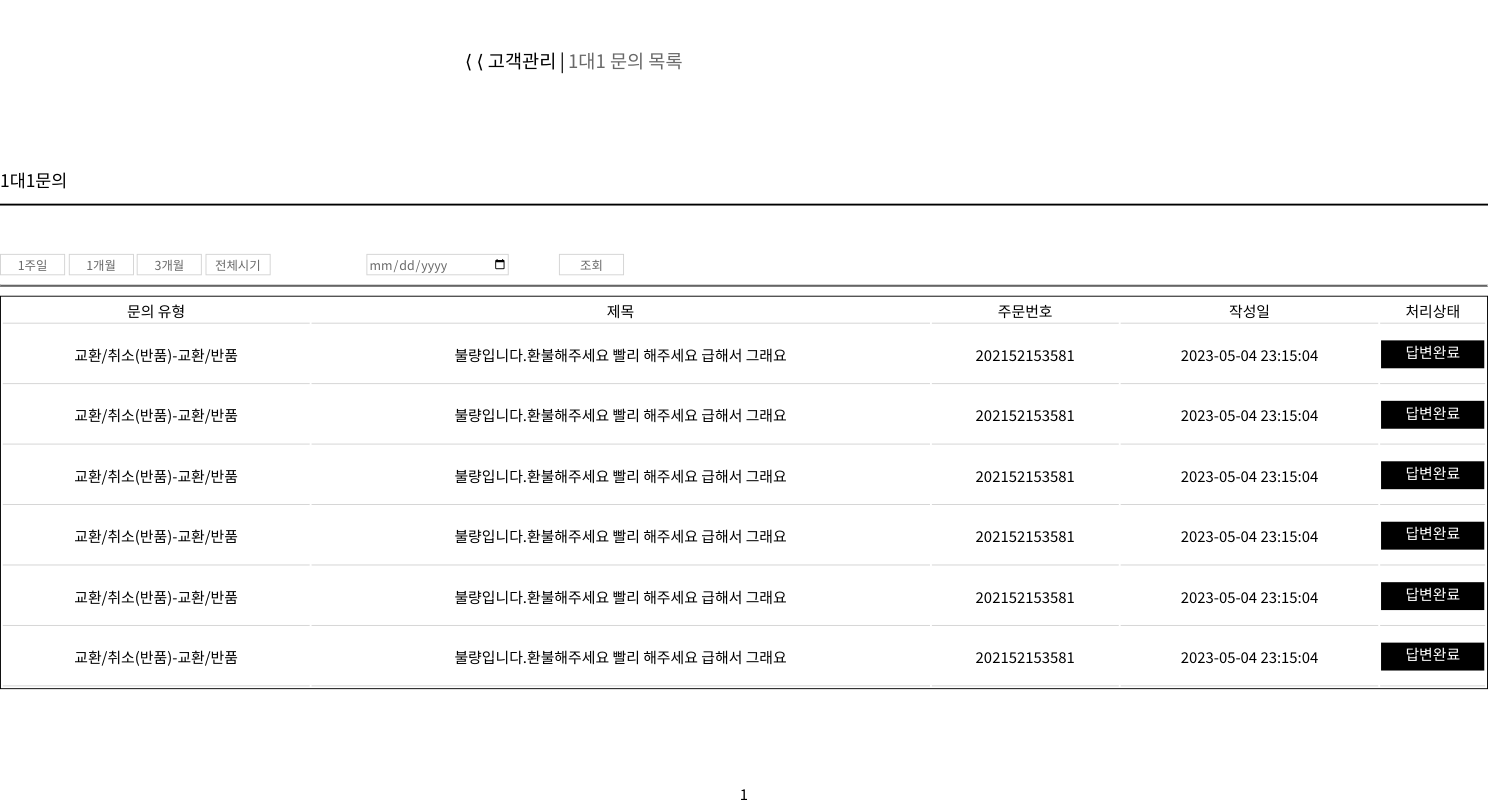
Repository: mcw9503/PassionForFashion
Page: Semi_Project/src/main/webapp/WEB-INF/QnaPage2.html
These files come from the project's save history. The page is drawn as it stood at one moment and after the next save; the edit follows.
The browser window is 1280 px wide. The page is 1600 px wide, so the pictures cover 1600 px, including what lies to the right of the window. The pictures show the whole page, at 93% of full size.

Above is the page before, as saved 2023-05-08 13:31:24.

### Semi_Project/src/main/webapp/WEB-INF/QnaPage2.html
<!DOCTYPE html>
<html>
<head>
<meta charset="UTF-8">
<title>Insert title here</title>
<link href="https://fonts.googleapis.com/earlyaccess/notosanskr.css"
	rel="stylesheet">
</head>

<style>

* {
	outline: none;
	margin: 0;
	font-family: 'Noto Sans KR', sans-serif;
	font-weight: 200;
}

input[id*="answer"] {
	display: none;
}

input[id*="answer"] + label {
	display:block;
	padding:20px;
	border:1px solid black;
	border-top:2px solid black;
	border-bottom: 1px solid lightgray;
	color:black;
	font-weight:200;
	background: white;
	position: relative;
}


input[id*="answer"] + label h3 {
	position: absolute;
	top: 50%;
	right:10px;
	width:80px;
	height:30px;
	margin-top: -15px;
	border-top: none:
	background: white;
	font-weight: 200;
}

input[id*="answer"] + label span {
	position: absolute;
	top: 30%;
	right:200px;
}



input[id*="answer"] + label + div {
	max-height: 0;
	transition: all .35s;
	overflow: hidden;
	background: white;
	font-size: 11px;
	border-left: 1px solid lightgray;
	border-right: 1px solid lightgray;
}

input[id*="answer"] + label + div:last-child{
	border-bottom : 1px solid black;
}

input[id*="answer"] + label + div p {
	display:inline-block;
	padding:20px;
}

input[id*="answer"]:checked + label + div {
	max-height: 500px;
}
.qnaCategoy {
font-weight: 500;
}
hr{
border-bottom: 1px solid black;
}
div button {
	color: dimgray;
	background:white;
	border: 1px solid lightgray;
	margin-bottom: 10px;
	width: 70px;
}

div button:active{
	color: black;
	background:white;
	border: 0.5px solid black;
}

div form input {
	color: dimgray;
	background:white;
	border: 1px solid lightgray;
	margin-bottom: 10px;
	width: 70px;
}

div form input:active {
	color: black;
	background:white;
	border: 0.5px solid black;
}

thead th {
 text-align: center;
 justify-content: space-between;
 border-bottom: 1px solid lightgray;
}

tbody td {
 text-align: center;
 justify-content: space-between;
 height: 60px;
 border-bottom: 1px solid lightgray;
}

tbody td:first-child{
 font-weight: 400;
}

tbody td span:last-child {
border: none;
}


tbody td span {
	display: inline-block;
	width: 100%;
	height: 30px;
	color:white;
	background: black;
}

table {
	width: 100%;
	text-align: center;
	border: 1px solid black;
}





</style>
<body>
	<div style="display:inline-block; margin-left: 500px; margin-bottom: 100px; margin-top: 50px; font-size: 20px;">&lang; &lang; 고객관리 </div>
	<span style="font-size: 20px;">|</span>
	 <span style="color:dimgray;font-size: 20px;">  1대1 문의 목록</span>

	<div class="qnaWrap" style="width: 1600px; margin: auto;" >

		<h3 style="font-weight: 400; margin-bottom: 30px; border-bottom: 2px solid black; height: 40px;"> 1대1문의</h3>
		<div style="margin-top: 50px;">
			<form>
				<button type="button">1주일</button>
				<button type="button">1개월</button>
				<button type="button">3개월</button>
				<button type="button" name="date">전체시기</button>
				<input type="date" name="date" style="width:  150px; margin-left: 100px; margin-right: 50px;">
				<input type="submit" name="submit" value="조회">
			</form>
		</div>

		<hr style="margin-bottom: 10px; font-weight: 800; color:black;">

		<table>
		<thead style="text-align: center;">
			<tr>
				<th>문의 유형</th>
				<th>제목</th>
				<th>주문번호</th>
				<th>작성일</th>
				<th>처리상태</th>
			</tr>
		</thead>

		<tbody>
			<tr>
				<td>교환/취소(반품)-교환/반품</td>
				<td>불량입니다.환불해주세요 빨리 해주세요 급해서 그래요</td>
				<td>202152153581</td>
				<td>2023-05-04 23:15:04</td>
				<td><span>답변완료</span></td>
			</tr>
			<tr>
				<td>교환/취소(반품)-교환/반품</td>
				<td>불량입니다.환불해주세요 빨리 해주세요 급해서 그래요</td>
				<td>202152153581</td>
				<td>2023-05-04 23:15:04</td>
				<td><span>답변완료</span></td>
			</tr>
			<tr>
				<td>교환/취소(반품)-교환/반품</td>
				<td>불량입니다.환불해주세요 빨리 해주세요 급해서 그래요</td>
				<td>202152153581</td>
				<td>2023-05-04 23:15:04</td>
				<td><span>답변완료</span></td>
			</tr>
			<tr>
				<td>교환/취소(반품)-교환/반품</td>
				<td>불량입니다.환불해주세요 빨리 해주세요 급해서 그래요</td>
				<td>202152153581</td>
				<td>2023-05-04 23:15:04</td>
				<td><span>답변완료</span></td>
			</tr>
			<tr>
				<td>교환/취소(반품)-교환/반품</td>
				<td>불량입니다.환불해주세요 빨리 해주세요 급해서 그래요</td>
				<td>202152153581</td>
				<td>2023-05-04 23:15:04</td>
				<td><span>답변완료</span></td>
			</tr>
			<tr>
				<td>교환/취소(반품)-교환/반품</td>
				<td>불량입니다.환불해주세요 빨리 해주세요 급해서 그래요</td>
				<td>202152153581</td>
				<td>2023-05-04 23:15:04</td>
				<td><span>답변완료</span></td>
			</tr>
		</tbody>

	</table>

		<div class="pageNum" style="margin-top: 100px; text-align: center;">1</div>

	</div>




</body>
</html>

After the next save:
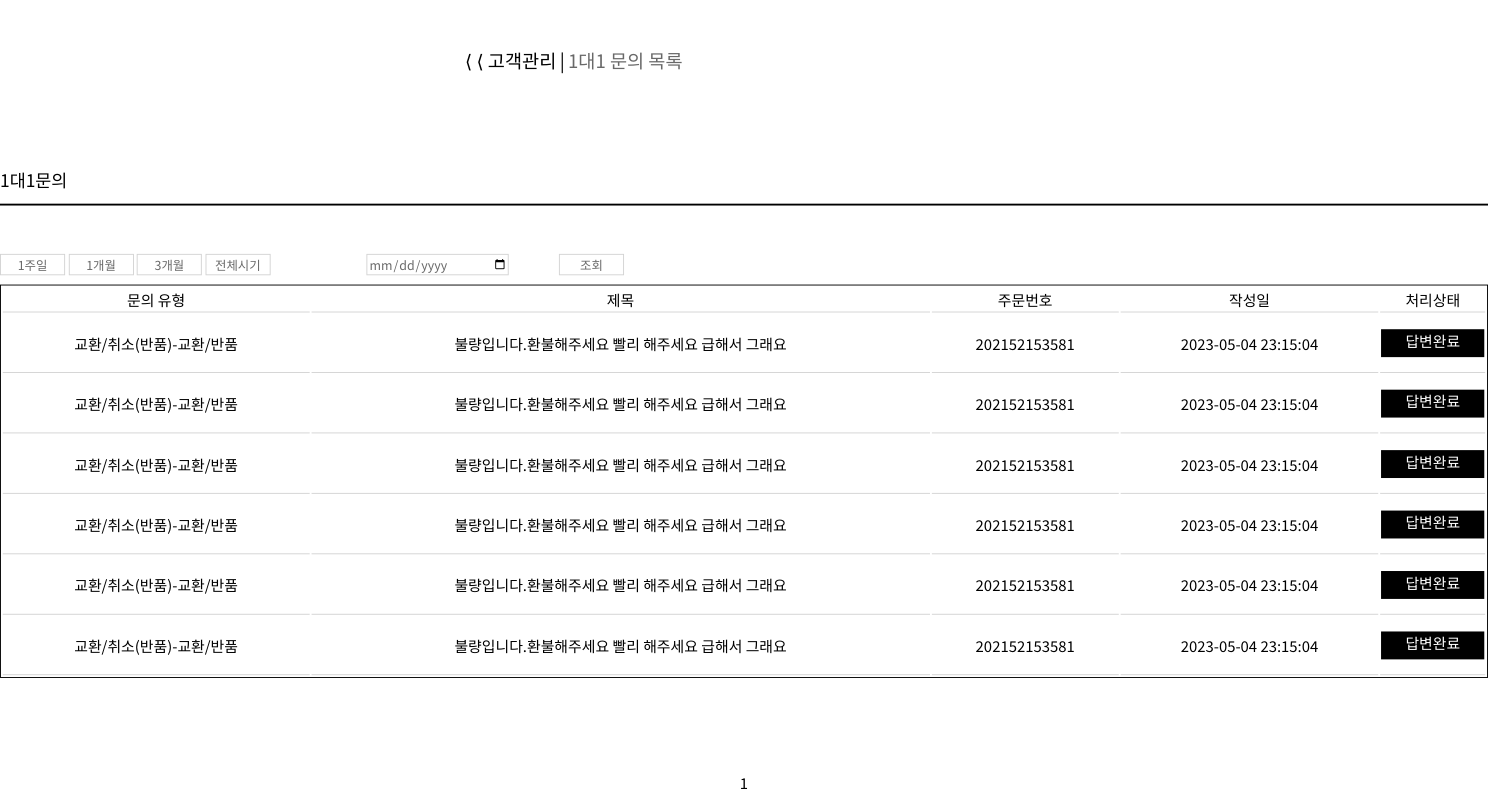
Saved 47 s later.
--- a/Semi_Project/src/main/webapp/WEB-INF/QnaPage2.html
+++ b/Semi_Project/src/main/webapp/WEB-INF/QnaPage2.html
@@ -169,7 +169,7 @@ table {
 			</form>
 		</div>
 
-		<hr style="margin-bottom: 10px; font-weight: 800; color:black;">
+<!-- 		<hr style="margin-bottom: 10px; font-weight: 800; color:black;"> -->
 
 		<table>
 		<thead style="text-align: center;">
